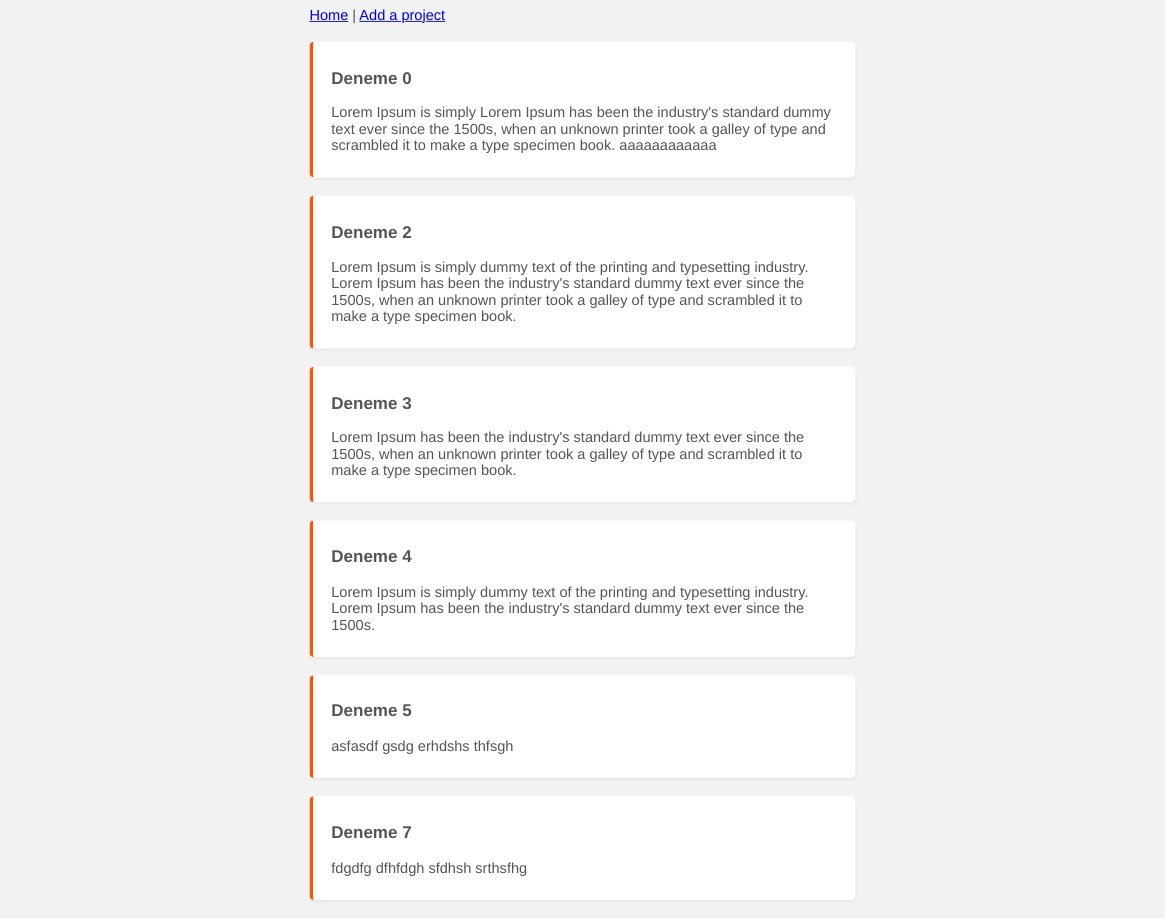
Repository: sercanisli/task-app
Page: /
The author's editor kept a copy of each file at every save. The page is drawn from the files as they stood at one save, then again after the next save.
The browser window is 1280 px wide. The pictures show the whole page, at 91% of full size.
The project was rebuilt for these pictures with package versions that can differ from the ones it lists, and the page was loaded fresh each time. Requests to the local data server were answered from the project's data file. Also part of the build but not shown: vue.config.js. Imported but missing from the stored project, and not drawn on this page: src/views/AddProject.vue.

Above is the page before, as saved 2024-04-25 23:18:00.

After the next save:
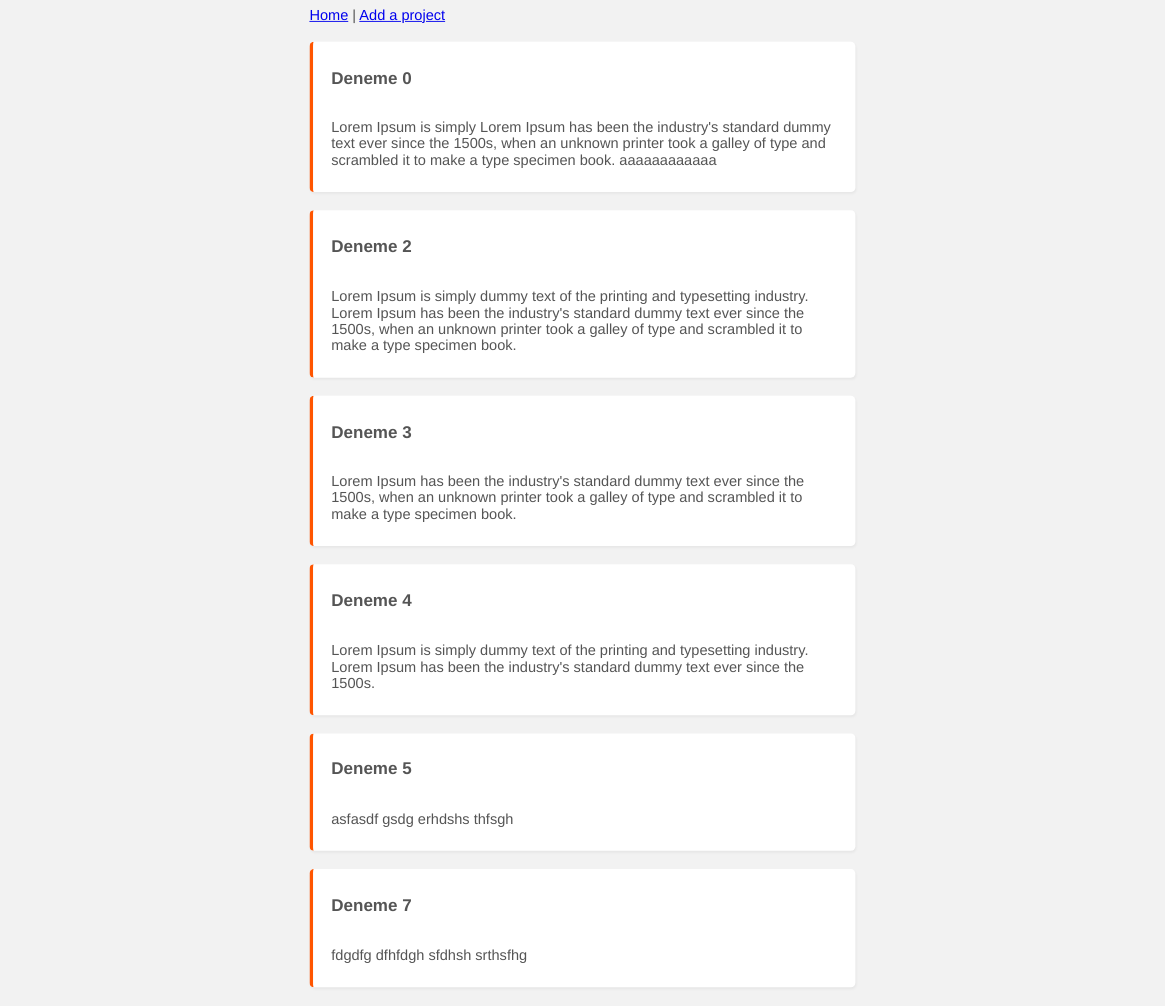
Saved 108 s later.
--- a/src/views/Home.vue
+++ b/src/views/Home.vue
@@ -30,7 +30,7 @@ export default {
 }
 </script>
 
-<style scoped>
+<style >
 .project {
   margin: 20px auto;
   background: #fff;
